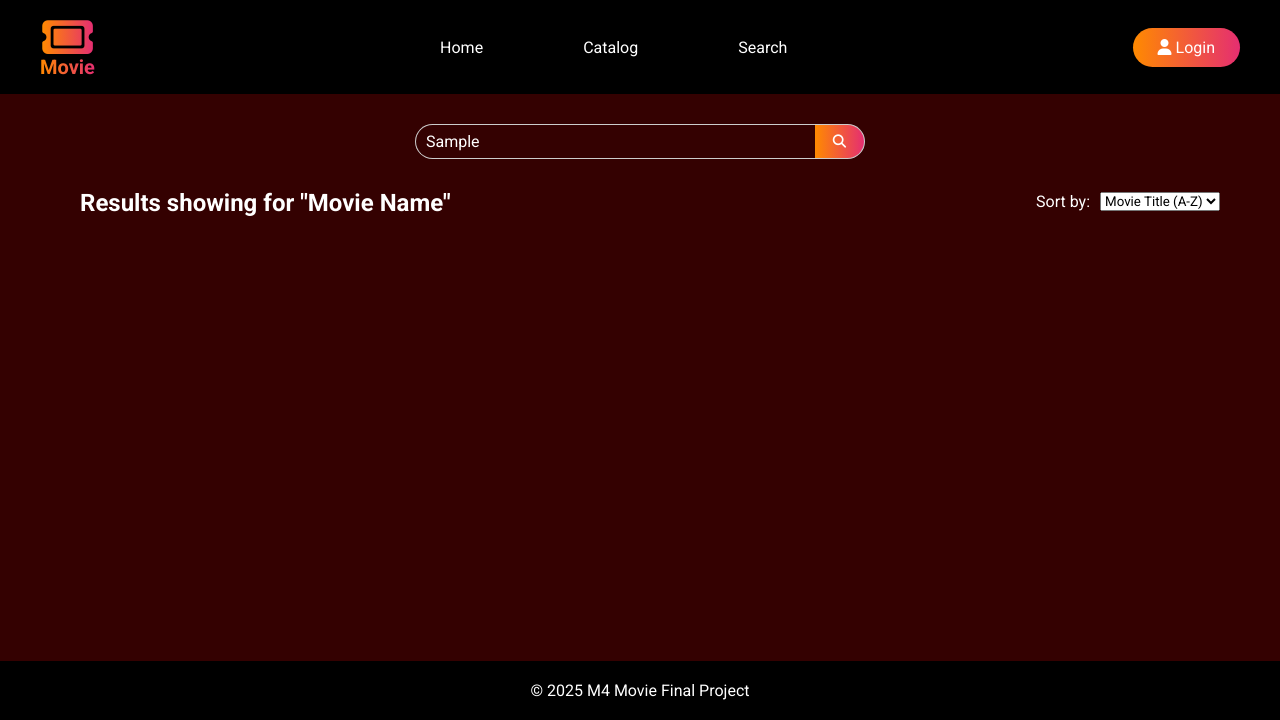
Repository: avivanguyen/m4_movie-FinalProject
Page: index.html
These files come from the project's save history. The page is drawn as it stood at one moment and after a run of saves; the edit follows.
The browser window is 1280 px wide. The pictures show the whole page.
Empty fields were first filled with sample values (such as "Sample", 5 or name@example.com).
After loading, the first visible `#search-input` was changed once.
The page's requests for data from a server got no answer. Some web libraries are served in a nearby version.

Above is the page before, as saved 2025-12-30 08:17:05.
Console error (its wording comes from the project's code and is left out).

### index.html
<!DOCTYPE html>
<html lang="en">
<head>
    <meta charset="UTF-8">
    <meta name="viewport" content="width=device-width, initial-scale=1.0">
    <title>M4 Movie Final Project</title>
    <link rel="stylesheet" href="styles.css">
    <script src="script.js" defer></script>
    <script src="https://kit.fontawesome.com/2588cf0bac.js" crossorigin="anonymous"></script>
</head>
<body>
    <nav>
        <div class="logo">
            <i class="fa-solid fa-ticket logo__ticket"></i>
            <h1 class="logo__title">Movie</h1>
        </div>
        <ul class="nav-links">
            <li><a href="#">Home</a></li>
            <li><a href="#">Catalog</a></li>
            <li><a href="#">Search</a></li>
        </ul>
        <div class="login">
            <button>
                <a href="#">
                    <i class="fa-solid fa-user login__icon"></i>
                    <span class="login__text">Login</span>
                </a>
            </button>
        </div>
    </nav>
    <main>
        <section class="search-section">
            <input type="text" id="search-input" placeholder="Search for a movie..." onchange="onSearchMovie(event)">
            <button id="search-button"><i class="fa-solid fa-magnifying-glass"></i></button>
        </section>
        <section class="results__section">
            <div id="results__container">
                <div class="breadcrumb">
                    <h2>Results showing for "<span id="search-term">Movie Name</span>"</h2>
                </div>
                <div class="sort">
                    <label for="sort-select">Sort by:</label>
                    <select id="sort-select" onchange="onSortChange(event)">
                        <option value="title-ascending">Movie Title (A-Z)</option>
                        <option value="title-descending">Movie Title (Z-A)</option>
                    </select>
                </div>
                <div class="loading hidden">
                    <i class="fa fa-spinner fa-spin"></i>
                </div>
                <div class="movie">
                    <div class="movie-card hidden">
                        <div class="movie-card__container" onclick="toggleModal()">
                            <div class="movie__poster">
                                <img src="./assets/movie_poster-placeholder.png" alt="">
                            </div>
                            <div class="movie__title">Movie Title</div>
                            <div class="movie__year">20XX</div>
                        </div>
                    </div>
                    <!-- <div class="movie-card">
                        <div class="movie-card__container" onclick="toggleModal()">
                            <div class="movie__poster">
                                <img src="./assets/movie_poster-placeholder.png" alt="">
                            </div>
                            <div class="movie__title">Movie Title</div>
                            <div class="movie__year">20XX</div>
                        </div>
                    </div>
                    <div class="movie-card">
                        <div class="movie-card__container" onclick="toggleModal()">
                            <div class="movie__poster">
                                <img src="./assets/movie_poster-placeholder.png" alt="">
                            </div>
                            <div class="movie__title">Movie Title</div>
                            <div class="movie__year">20XX</div>
                        </div>
                    </div>
                    <div class="movie-card">
                        <div class="movie-card__container" onclick="toggleModal()">
                            <div class="movie__poster">
                                <img src="./assets/movie_poster-placeholder.png" alt="">
                            </div>
                            <div class="movie__title">Movie Title</div>
                            <div class="movie__year">20XX</div>
                        </div>
                    </div>
                    <div class="movie-card">
                        <div class="movie-card__container" onclick="toggleModal()">
                            <div class="movie__poster">
                                <img src="./assets/movie_poster-placeholder.png" alt="">
                            </div>
                            <div class="movie__title">Movie Title</div>
                            <div class="movie__year">20XX</div>
                        </div>
                    </div>
                    <div class="movie-card">
                        <div class="movie-card__container" onclick="toggleModal()">
                            <div class="movie__poster">
                                <img src="./assets/movie_poster-placeholder.png" alt="">
                            </div>
                            <div class="movie__title">Movie Title</div>
                            <div class="movie__year">20XX</div>
                        </div>
                    </div> -->
                </div>
            </div>
        </section>
        <div class="modal">
            <div class="modal__half modal__poster">
                <figure>
                    <img src="./assets/movie_poster-placeholder.png" alt="">
                </figure>
            </div>
            <div class="modal__half modal__description">
                <h2 class="modal__title">Movie Title</h2>
                <p class="modal__year">20XX</p>
                <p class="modal__plot">Lorem ipsum dolor sit amet, consectetur adipiscing elit. Sed do eiusmod tempor incididunt ut labore et dolore magna aliqua.</p>
                <ul class="modal__details">
                    <li><strong>Director:</strong> Director Name</li>
                    <li><strong>Actors:</strong> Actor 1, Actor 2, Actor 3</li>
                    <li><strong>Runtime:</strong> XX min</li>
                </ul>
                <button class="watch">Watch Now</button>
            </div>
            <button class="close-button" onclick="toggleModal()">Close</button>
        </div>
    </main>
    <footer>
        <p>&copy; 2025 M4 Movie Final Project</p>
    </footer>
</body>
</html>

### styles.css
@import url('https://fonts.googleapis.com/css2?family=Roboto:ital,wght@0,100..900;1,100..900&display=swap');

* {
    margin: 0;
    padding: 0;
    box-sizing: border-box;
    font-family: 'Roboto', sans-serif;
}

body {
    background-color: #340101;
    min-height: 100vh;
    display: flex;
    flex-direction: column; /*ensures footer stays at bottom*/
}

a {
    text-decoration: none;
}

li {
    list-style: none;
}

.hidden {
    display: none !important;
}

/*
NAVIGATION STYLES
*/
nav {
    display: flex;
    justify-content: space-between;
    align-items: center;
    flex-direction: row;
    background-color: black;
    width: 100%;
    padding: 15px 40px;
}

.logo {
    display: flex;
    align-items: center;
    flex-direction: column;
}

.logo__ticket,
.logo__title {
    background: linear-gradient(90deg, #ff8a00, #e52e71);
    background-clip: text;
    -webkit-background-clip: text;
    -webkit-text-fill-color: transparent;
}

.logo__ticket {
    font-size: 45px;
    margin-bottom: -5px;
}

.logo__title {
    font-size: 20px;
}

.nav-links {
    display: flex;
    flex-direction: row;
    gap: 100px;
}

.nav-links a {
    color: white;
    font-size: 16px;
    transition: color 300ms ease;
}

.nav-links a:hover,
.close-button:hover {
    color: #ff8a00;
}

.login button,
.modal button.watch {
    background: linear-gradient(90deg, #ff8a00, #e52e71);
    border: none;
    padding: 10px 25px;
    border-radius: 50px;
    color: white;
    font-size: 16px;
    cursor: pointer;
    transition: transform 300ms ease;
}
.login button:hover,
.modal button.watch:hover {
    transform: scale(1.1);
}

.login a {
    color: white;
}


/*
SEARCH STYLES
*/
.search-section {
    display: flex;
    justify-content: center;
    align-items: center;
    margin: 30px 0;
}

#search-input {
    width: 400px;
    height: 35px;
    padding: 0 10px;
    font-size: 16px;
    border: 1.5px solid #ccc;
    border-right: none;
    border-radius: 50px 0 0 50px;
    outline: none;
    background-color: transparent;
    color: white;
}

#search-button {
    height: 35px;
    width: 50px;
    outline: none;
    border-radius: 0 50px 50px 0;
    border: 1.5px solid #ccc;
    border-left: none;
    cursor: pointer;
    background: linear-gradient(90deg, #ff8a00, #e52e71);
    transition: all 300ms ease;
    position: relative;
}
#search-button:hover {
    background: transparent;
    border: 2px solid transparent;
    background-image: linear-gradient(#340101, #340101), linear-gradient(90deg, #ff8a00, #e52e71);
    background-origin: border-box;
    background-clip: padding-box, border-box;
}

.search-section #search-button i {
    color: white;
}

/*
LOADING STYLES
*/
.loading {
    justify-content: center;
    align-items: center;
    margin-top: 20px;
    opacity: 1;
    transition: opacity 500ms ease-in-out;
}

.loading:not(.hidden) {
    display: flex;
}

.loading.hidden {
    opacity: 0;
    transition: opacity 500ms ease-in-out 1000ms;
}

.fa-spinner {
    font-size: 35px;
    color: white;
}

/*
RESULTS STYLES
*/
.breadcrumb {
    color: white;
    margin-left: 20px;
    margin-bottom: 40px;
}

.sort label {
    color: white;
    margin-right: 10px;
}

.sort {
    display: flex;
    justify-content: flex-end;
    align-items: center;
    margin-top: -65px;
}

.results__section {
    margin: 0 60px;
}

.movie {
    width: 100%;
    height: auto;
    padding: 0 80px;
    margin-top: 20px;
    display: flex;
    flex-direction: row;
    flex-wrap: wrap;
    justify-content: center;
}

.movie-card {
    cursor: pointer;
    margin: 15px;
    width: 200px; /*makes sure all cards are same size and that the text doesn't overflow*/
    display: flex;
    flex-direction: row;
    flex-wrap: wrap;
    justify-content: center;
    transition: transform 300ms ease;
}
.movie-card:hover {
    transform: scale(1.05);
    background-color: #4d0d0d;
    border-radius: 8px;
    box-shadow: 0 6px 12px #4d0d0d;
}

.movie-card__container {
    padding: 4px 18px;
}

.movie__poster img {
    width: 200px;
    height: 300px;
    box-shadow: 0 4px 8px rgba(0, 0, 0, 0.2);
}

.movie__title,
.movie__year {
    color: white;
    text-align: center;
    margin-top: 2px;
}

/*
MODAL STYLES
*/
.modal {
    display: flex;
    position: fixed;
    top: 50%;
    left: 50%;
    transform: translate(-50%, -50%);
    width: 90%;
    max-width: 1100px;
    background-color: #4b3434;
    box-shadow: 0 6px 12px #4d0d0d;
    visibility: hidden;
    transition: visibility 400ms, z-index 300ms ease;
}

.modal--open .modal {
    display: flex;
    z-index: 50;
    box-shadow: 0 6px 12px #4d0d0d;
    visibility: visible;
}

.modal__half {
    display: flex;
    flex-direction: column;
    justify-content: center;
    position: relative;
}

.modal__poster img {
    width: 100%;
}

.modal__description {
    padding: 80px;
    color: white;
    line-height: 2.5;
}

.watch {
    margin-top: auto;
    width: 50%;
    display: flex;
    justify-content: center;
    align-items: center;
    margin-left: 100px;
}

.close-button {
    position: absolute;
    top: 15px;
    right: 30px;
    font-size: 20px;
    color: white;
    cursor: pointer;
    background-color: transparent;
    border: none;
}

/*
FOOTER STYLES
*/
footer {
    text-align: center;
    padding: 20px 0;
    background-color: black;
    color: white;
    margin-top: auto;
}


/*
RESPONSIVE STYLES
*/
@media (max-width: 768px) {
    .nav-links {
            gap: 75px;
        }

    #search-input {
        width: 300px;
    }

    .movie-card {
        margin: 15px;
    }

    .modal__description {
        padding: 40px;
        line-height: 2;
    }

    .modal__details {
        margin-bottom: 15px;
    }

    .close-button {
        font-size: 18px;
    }
}

@media (max-width: 480px) {
    nav {
        padding: 8px 20px;
    }
    .nav-links {
        gap: 50px;
    }

    .login__text {
        display: none;
    }
    .login button {
        padding: 10px;
    }

    .breadcrumb {
        margin-bottom: 8px;
    }

    .sort {
        margin-top: 0px;
        margin-left: 20px;
        display: flex;
        flex-direction: column;
        align-items: flex-start;
    }

    .movie-card {
        margin: 8px;
    }
    .movie__poster img {
        width: 150px;
        height: auto;
    }
    .movie__title, .movie__year {
        font-size: 20px;
    }

    .results__section {
        margin: 0 20px;
    }
    .movie {
        padding: 0;
    }

    .modal {
        flex-direction: column;
    }
    .modal__description {
        padding: 18px;
        line-height: 1.8;
    }
    .modal__poster {
        display: flex;
        justify-content: center;
        align-items: center;
        text-align: center;
    }
    .modal__poster img {
        width: 50%;
    }
}

### script.js
//API key: 5aa2e87d
//base URL: https://www.omdbapi.com/?apikey=5aa2e87d&s=MOVIE_NAME_HERE

//Modal functionality
let isModalOpen = false;

function toggleModal() {
  if (isModalOpen) {
    isModalOpen = !isModalOpen;
    return document.body.classList.remove("modal--open");
  }
  isModalOpen = true;
  document.body.classList += " modal--open";
}

//Search functionality
async function onSearchMovie(event) {
  const searchMovie = event.target.value;

  if (!searchMovie) return;

  //breadcrumb
  document.getElementById("search-term").textContent = searchMovie;

  const movieContainer = document.querySelector(".movie");
  const loadingSpinner = document.querySelector(".loading");
  const sortSelect = document.getElementById("sort-select");

  //Filter movie Title A-Z or Z-A
  sortSelect.value = "title-ascending"; // Reset to default on new search
  sortSelect.onchange = function () {
    const movies = Array.from(movieContainer.children);

  loadingSpinner.classList.remove("hidden");

  // Fetch movies from API
  const response = await fetch(
    `https://www.omdbapi.com/?apikey=5aa2e87d&s=${searchMovie}`
  );
  const data = await response.json();

  loadingSpinner.classList.add("hidden");

  if (data.Response === "True") {
    movieContainer.innerHTML = data.Search
    .slice(0, 6) // Limit to first 6 results//
      .map((movie) => movieCardHtml(movie))
      .join("");
  } else {
    movieContainer.innerHTML = `<div class="breadcrumb">
            <h2>Results showing for "<span id="search-term">${searchMovie}</span>"</h2>
        </div>`;
  }
}

//Movie card results
function movieCardHtml(movie) {
  return `
    <div class="movie-card">
        <div class="movie-card__container" onclick="toggleModal()">
            <div class="movie__poster">
                <img src="${
                  movie.Poster !== "N/A"
                    ? movie.Poster
                    : "./assets/movie_poster-placeholder.png"
                }" alt="">
            </div>
            <div class="movie__title">${movie.Title}</div>
            <div class="movie__year">${movie.Year}</div>
        </div>
    </div>`;
}

// //Movie modal results
// async function movieModalHtml(imdbID) {
//   toggleModal();
//   const response = await fetch(
//     `https://www.omdbapi.com/?apikey=5aa2e87d&i=${imdbID}`
//   );
//   const movie = await response.json();

//   document.querySelector(".modal__poster img").src =
//     movie.Poster !== "N/A"
//       ? movie.Poster
//       : "./assets/movie_poster-placeholder.png";
//   document.querySelector(".modal__title").textContent = movie.Title;
//   document.querySelector(".modal__year").textContent = movie.Year;
// }
// function movieModalHtml(movie) {
//   return `
//     <div class="modal">
//             <div class="modal__half modal__poster">
//                 <figure>
//                     <img src="${
//                       movie.Poster !== "N/A"
//                         ? movie.Poster
//                         : "./assets/movie_poster-placeholder.png"
//                     }" alt="">
//                 </figure>
//             </div>
//             <div class="modal__half modal__description">
//                 <h2 class="modal__title">${movie.Title}</h2>
//                 <p class="modal__year">${movie.Year}</p>
//                 <p class="modal__plot">Lorem ipsum dolor sit amet, consectetur adipiscing elit. Sed do eiusmod tempor incididunt ut labore et dolore magna aliqua.</p>
//                 <ul class="modal__details">
//                     <li><strong>Director:</strong> Director Name</li>
//                     <li><strong>Actors:</strong> Actor 1, Actor 2, Actor 3</li>
//                     <li><strong>Runtime:</strong> XX min</li>
//                 </ul>
//                 <button class="watch">Watch Now</button>
//             </div>
//             <button class="close-button" onclick="toggleModal()">Close</button>
//         </div>`;
// }

After the next 10 saves:
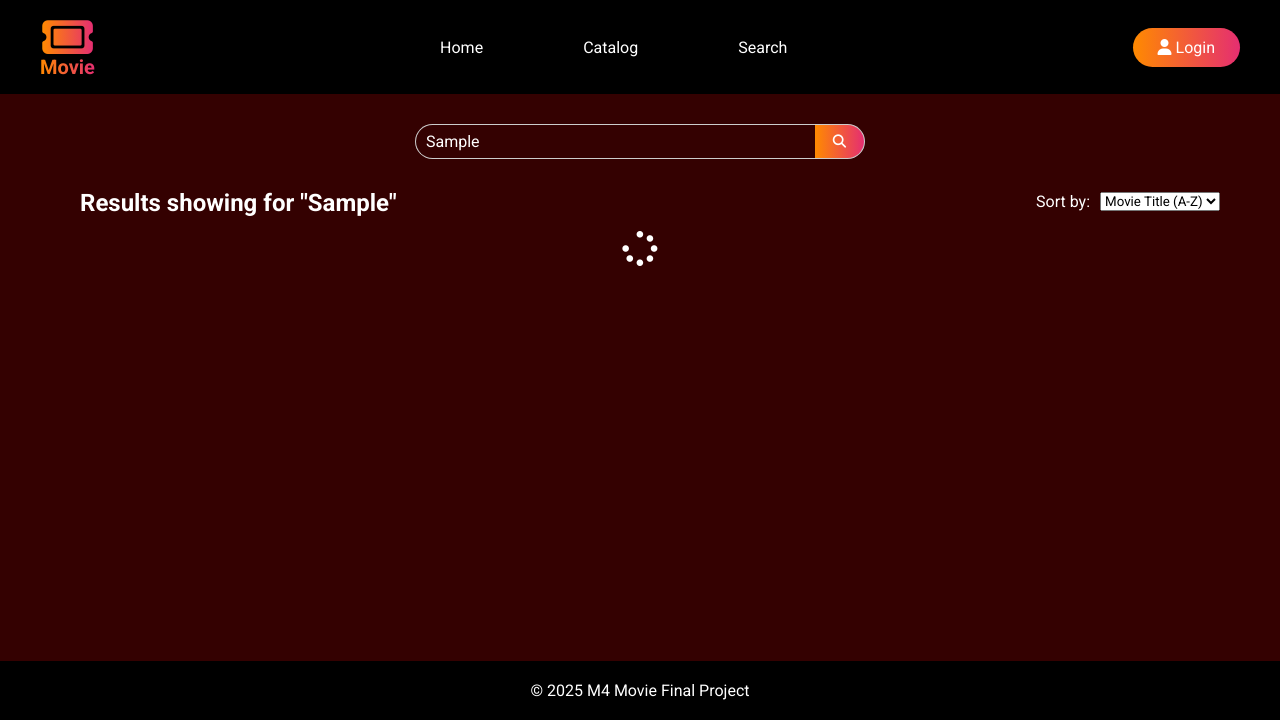
The error is gone.
The 10 saves are shown as one change because they came seconds apart.
The last was saved 53 s later.
--- a/script.js
+++ b/script.js
@@ -30,6 +30,18 @@ async function onSearchMovie(event) {
   sortSelect.value = "title-ascending"; // Reset to default on new search
   sortSelect.onchange = function () {
     const movies = Array.from(movieContainer.children);
+    movies.sort((a, b) => {
+      const titleA = a.querySelector(".movie__title").textContent.toUpperCase();
+      const titleB = b.querySelector(".movie__title").textContent.toUpperCase();
+      if (this.value === "title-ascending") {
+        return titleA < titleB ? -1 : titleA > titleB ? 1 : 0;
+      } else {
+        return titleA > titleB ? -1 : titleA < titleB ? 1 : 0;
+      }
+    });
+    movieContainer.innerHTML = "";
+    movies.forEach((movie) => movieContainer.appendChild(movie));
+  };
 
   loadingSpinner.classList.remove("hidden");
 
